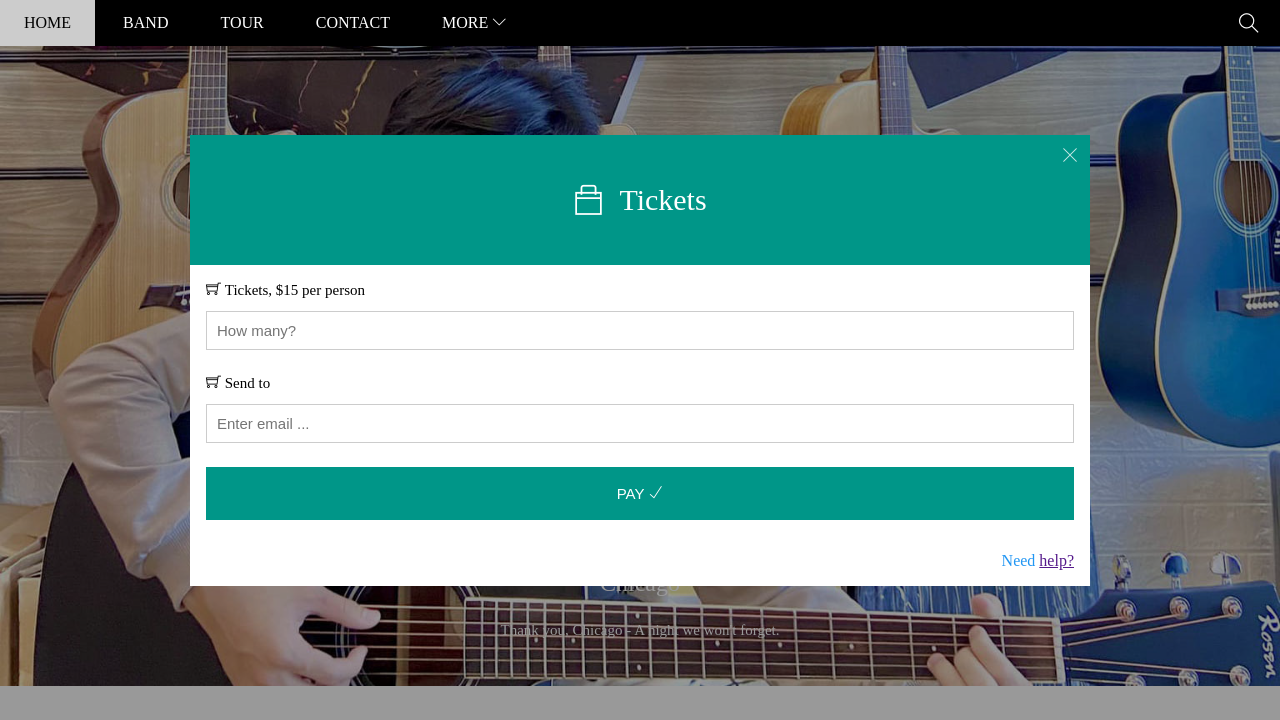
Repository: quochung2k3/Web-Team
Page: index.html
These files come from the project's save history. The page is drawn as it stood at one moment and after the next save; the edit follows.
The browser window is 1280 px wide. The pictures show the window.
A layer covers the whole window, so only the first screen is drawn.

Above is the page before, as saved 2023-08-14 19:56:20.

### index.html
<!DOCTYPE html>
<html lang="en">
<head>
    <meta charset="UTF-8">
    <meta name="viewport" content="width=device-width, initial-scale=1.0">
    <title>Web The Band</title>
    <link rel="stylesheet" href="./assets/css/style.css">
    <link rel="stylesheet" href="./assets/fonts/themify-icons/themify-icons.css">
</head>
<body>
    <div id="wrapper">
        <div id="header">
            <ul id="nav">
                <li><a href="">Home</a></li>
                <li><a href="">Band</a></li>
                <li><a href="">Tour</a></li>
                <li><a href="">Contact</a></li>
                <li>
                    <a href="">
                        More
                        <i class="nav-arrow-down ti-angle-down"></i>
                    </a>
                    <ul class="subnav">
                        <li><a href="">Merchandise</a></li>
                        <li><a href="">Extras</a></li>
                        <li><a href="">Media</a></li>
                    </ul>
                </li>
            </ul>
            <div class="search-button">
                <i class="search-icon ti-search"></i>
            </div>
        </div>

        <div id="slider">
            <div class="text-content">
                <h2 class="text-heading">Chicago</h2>
                <div class="text-description">Thank you, Chicago - A night we won't forget.</div>
            </div>
        </div>

        <div id="content">
            <div class="content-section">
                <h2 class="section-heading">THE BAND</h2>
                <p class="section-sub-heading">We love music</p>
                <p class="about-text">
                    We have created a fictional band website. Lorem ipsum dolor sit amet, consectetur adipiscing elit, sed do eiusmod tempor incididunt ut labore et dolore magna aliqua. Ut enim ad minim veniam, quis nostrud exercitation ullamco laboris nisi ut aliquip ex ea commodo consequat. Duis aute irure dolor in reprehenderit in voluptate velit esse cillum dolore eu fugiat nulla pariatur. Excepteur sint occaecat cupidatat non proident, sunt in culpa qui officia deserunt mollit anim id est laborum consectetur adipiscing elit, sed do eiusmod tempor incididunt ut labore et dolore magna aliqua. Ut enim ad minim veniam, quis nostrud exercitation ullamco laboris nisi ut aliquip ex ea commodo consequat.

                </p>
                <div class="member-list">
                    <div class="member-items">
                        <p class="member-name">Name</p>
                        <img src="./assets/img/slider2.jpg" alt="" class="member-img">
                    </div>

                    <div class="member-items">
                        <p class="member-name">Name</p>
                        <img src="./assets/img/slider2.jpg" alt="" class="member-img">
                    </div>

                    <div class="member-items">
                        <p class="member-name">Name</p>
                        <img src="./assets/img/slider2.jpg" alt="" class="member-img">
                    </div>
                    <div class="clear"></div>
                </div>
            </div>
            <div class="tour-section">
                <div class="content-section">
                    <h2 class="section-heading text-white">TOUR DATES</h2>
                    <p class="section-sub-heading text-white">Remember to book your tickets!</p>
                    <ul class="tickets-list">
                        <li>September <span class="sold-out">Sold out</span></li>
                        <li>October <span class="sold-out">Sold out</span></li>
                        <li>November <span class="quantity">3</span></li>
                    </ul>
                    <div class="places-List">
                        <div class="place-items">
                            <img src="./assets/img/slider1.jpg" alt="New York" class="place-img">
                            <div class="place-body">
                                <h3 class="place-heading">New York</h3>
                                <p class="place-time">Fri 27 Nov 2016</p>
                                <p class="place-description">Lorem ipsum dolor sit amet consectetur adipisicing.</p>
                                <a href="" class="place-buy-btn">Buy Tickets</a>
                            </div>
                        </div>

                        <div class="place-items">
                            <img src="./assets/img/slider1.jpg" alt="New York" class="place-img">
                            <div class="place-body">
                                <h3 class="place-heading">New York</h3>
                                <p class="place-time">Fri 27 Nov 2016</p>
                                <p class="place-description">Lorem ipsum dolor sit amet consectetur adipisicing.</p>
                                <a href="" class="place-buy-btn">Buy Tickets</a>
                            </div>
                        </div>

                        <div class="place-items">
                            <img src="./assets/img/slider1.jpg" alt="New York" class="place-img">
                            <div class="place-body">
                                <h3 class="place-heading">New York</h3>
                                <p class="place-time">Fri 27 Nov 2016</p>
                                <p class="place-description">Lorem ipsum dolor sit amet consectetur adipisicing.</p>
                                <a href="" class="place-buy-btn">Buy Tickets</a>
                            </div>
                        </div>
                        <div class="clear"></div>
                    </div>
                </div>
            </div>
        </div>

        <div id="footer">

        </div>

        <div class="modal">
            <div class="modal-container">
                <div class="modal-close">
                    <i class="ti-close"></i>
                </div>
                <header class="modal-header">
                    <i class="modal-heading-icon ti-bag"></i>
                    Tickets
                </header>

                <div class="modal-body">
                    <label for="ticket-quantity" class="modal-label">
                        <i class="ti-shopping-cart"></i>
                        Tickets, $15 per person
                    </label>
                    <input id="ticket-quantity" type="text" class="modal-input" placeholder="How many?">

                    <label for="ticket-email" class="modal-label">
                        <i class="ti-shopping-cart"></i>
                        Send to
                    </label>
                    <input id="ticket-email" type="text" class="modal-input" placeholder="Enter email ...">

                    <button id="buy-tickets">
                        Pay <i class="ti-check"></i>
                    </button>
                </div>
                <footer class="modal-footer">
                    <p class="modal-help">Need <a href="">help?</a></p>
                </footer>
            </div>
        </div>
    </div>
</body>
</html>

### assets/css/style.css
* {
    margin: 0;
    padding: 0;
    box-sizing: border-box;
}

.html {
    font-family: Arial, Helvetica, sans-serif;
}

.clear {
    clear: both;
}

.text-white {
    color: #fff !important;
}

#wrapper {

}

#header {
    position: fixed;
    top: 0;
    left: 0;
    right: 0;
    background-color: #000;
    height: 46px;
    z-index: 1;
}

#nav {
    display: inline-block;
}

#nav .subnav {
    list-style-type: none;
}

#nav > li {
    display: inline-block;
}

#nav li {
    position: relative;
}

#nav > li > a {
    color: #fff;
    text-transform: uppercase;
}

#nav li a {
    text-decoration: none;
    line-height: 46px;
    padding: 0 24px;
    display: block;
}

#nav li:hover .subnav {
    display: block;
}

#nav > li:hover > a,
#nav .subnav li:hover a {
    background-color: #ccc;
    color: #000;
}

#nav .subnav {
    display: none;
    min-width: 160px;
    top: 100%;
    left: 0;
    position: absolute;
    background-color: #fff;
    box-shadow: 0 0 10px rgba(0, 0, 0, 0.3);
}

#nav .subnav a {
    color: #000;
    padding: 0 12px;
    line-height: 38px;
}

#nav .nav-arrow-down {
    font-size: 14px;
}

#header .search-button {
    float: right;
    padding: 0 21px;
}

#header .search-icon {
    color: #fff;
    font-size: 20px;
    line-height: 46px;
}

#header .search-button:hover {
    background-color: #f44336;
    cursor: pointer;
}

#slider {
    margin-top: 46px;
    padding-top: 50%;
    background-image: url(../img/slider3.jpg);
    background-repeat: no-repeat;
    background-size: cover;
    background-position: top center;
    position: relative;
}

#slider .text-content {
    position: absolute;
    bottom: 47px;
    color: #fff;
    width: 100%;
    text-align: center;
}

#slider .text-heading {
    font-weight: 500;
    font-size: 24px;
}

#slider .text-description {
    font-size: 15px;
    margin-top: 25px;
}

#content {

}

#content .content-section {
    width: 800px;
    margin: 0 auto;
    padding: 64px 0;
}

#content .section-heading {
    font-size: 30px;
    font-weight: 500;
    text-align: center;
    letter-spacing: 4px;
}

#content .section-sub-heading {
    font-size: 15px;
    font-style: italic;
    text-align: center;
    margin-top: 25px;
    opacity: 0.6;
}

#content .about-text {
    font-size: 15px;
    margin-top: 25px;
    text-align: justify;
    line-height: 1.4;
}

#content .member-list {
    margin-top: 48px;
}

#content .member-items {
    float: left;
    width: calc(100%/3);
    text-align: center;
}

#content .member-name {
    font-size: 15px;
}

#content .member-img {
    margin-top: 15px;
    width: 154px;
    border-radius: 4px;
}

.tour-section {
    background-color: #000;
}

.tickets-list {
    background-color: #fff;
    margin-top: 40px;
}

.tickets-list li {
    font-size: 15px;
    list-style: none;
    padding: 11px 16px;
    border-bottom: 1px solid #ddd;
    color: #757575;
}

.tickets-list .sold-out {
    background-color: #f44336;
    color: #fff;
    padding: 3px 4px;
    margin-left: 16px;
}

.tickets-list .quantity {
    float: right;
    width: 24px;
    height: 24px;
    background-color: #000;
    color: #fff;
    border-radius: 50%;
    text-align: center;
    line-height: 24px;
    margin-top: -3px;
}

.places-List {
    margin: 32px -8px 0;
    padding-bottom: 48px;
}

.place-items {
    float: left;
    width: 33.33333%;
    padding: 0 8px;
}

.place-img {
    width: 100%;
    display: block;
}

.place-img:hover {
    opacity: 0.6;
}

.place-body {
    background-color: #fff;
    font-size: 15px;
    padding: 16px;
}

.place-heading {
    font-size: 15px;
    font-weight: 600;
}

.place-time {
    margin-top: 15px;
    color: #757575;
}

.place-description {
    margin-top: 15px;
    line-height: 1.4;
}

.place-buy-btn {
    margin-top: 15px;
    text-decoration: none;
    color: #fff;
    background-color: #000;
    padding: 11px 16px;
    display: inline-block;
}

.place-buy-btn:hover {
    color: #000;
    background-color: #ccc;
}

#footer {

}

.modal {
    position: fixed;
    top: 0;
    right: 0;
    bottom: 0;
    left: 0;
    background: rgba(0, 0, 0, 0.4);
    display: flex;
    align-items: center;
    justify-content: center;
}

.modal-container {
    background-color: #fff;
    width: 900px;
    min-height: 200px;
    position: relative;
}

.modal-close {
    position: absolute;
    top: 0;
    right: 0;
    color: #fff;
    padding: 12px;
    cursor: pointer;
    opacity: 0.8;
}

.modal-close:hover {
    opacity: 1;
}

.ti-close {

}

.modal-header {
    background-color: #009688;
    color: #fff;
    font-size: 30px;
    height: 130px;
    display: flex;
    align-items: center;
    justify-content: center;
}

.modal-heading-icon {
    margin-right: 16px;
}

.modal-body {
    padding: 16px;
}

.modal-label {
    display: block;
    font-size: 15px;
    margin-bottom: 12px;
}

.ti-shopping {

}

.modal-input {
    border: 1px solid #ccc;
    width: 100%;
    padding: 10px;
    font-size: 15px;
    margin-bottom: 24px;
}

#buy-tickets {
    background-color: #009688;
    border: none;
    color: #fff;
    width: 100%;
    font-size: 15px;
    text-transform: uppercase;
    padding: 18px;
    cursor: pointer;
}

#buy-tickets:hover {
    opacity: 0.9;
}

.modal-footer {
    padding: 16px;
    text-align: right;
    color: #2196F3;
}

.modal-help {

}

Loaded but not shown: assets/fonts/themify-icons/themify-icons.css (common file)

After the next save:
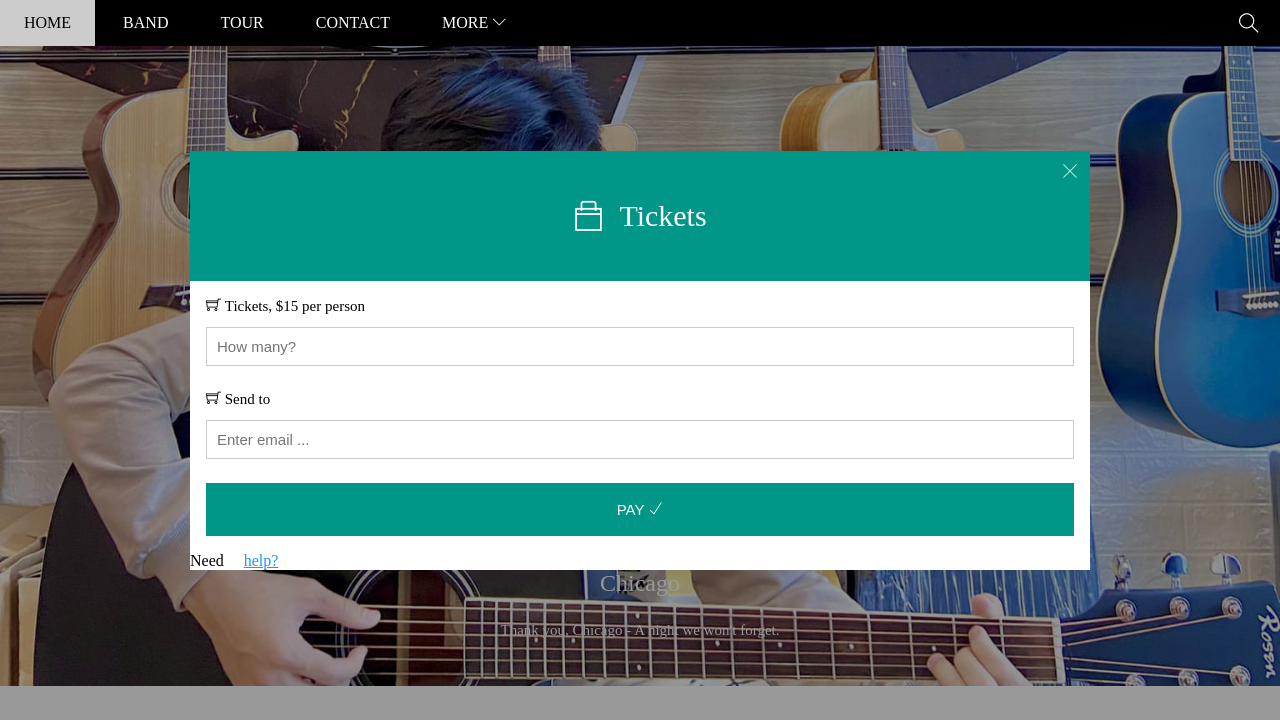
Saved 52 s later.
--- a/assets/css/style.css
+++ b/assets/css/style.css
@@ -367,7 +367,7 @@
     opacity: 0.9;
 }
 
-.modal-footer {
+.modal-footer a {
     padding: 16px;
     text-align: right;
     color: #2196F3;

After the save that followed:
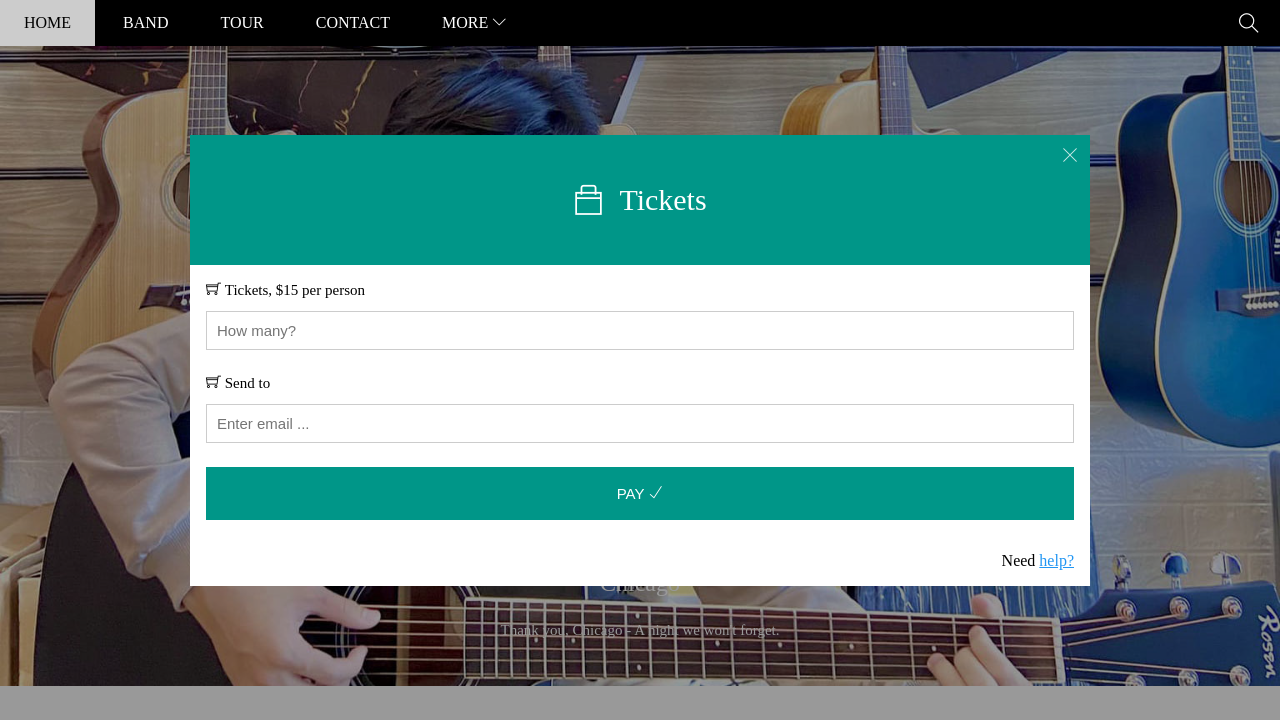
Saved 17 s later.
--- a/assets/css/style.css
+++ b/assets/css/style.css
@@ -367,9 +367,12 @@
     opacity: 0.9;
 }
 
-.modal-footer a {
+.modal-footer {
     padding: 16px;
     text-align: right;
+}
+
+.modal-footer a {
     color: #2196F3;
 }
 
